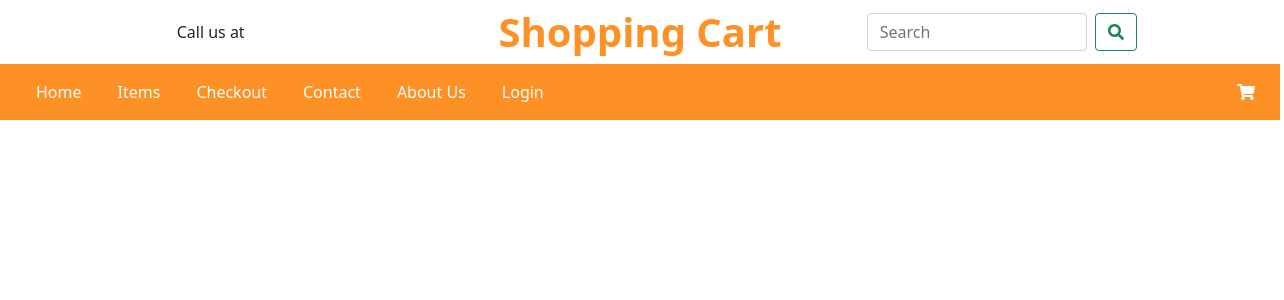
Repository: SaudCh/React-Ecommerce
Page: /login
An editor plug-in stored every save of this project. The page is shown before and after the next save, followed by the edit.
The browser window is 1280 px wide. The page is 1284 px wide, so the pictures cover 1284 px, including what lies to the right of the window. The pictures show the whole page.
The project was rebuilt for these pictures with package versions that can differ from the ones it lists, and the page was loaded fresh each time. Also part of the build but not shown: src/App.css.

Above is the page before, as saved 2021-12-05 12:43:23.

After the next save:
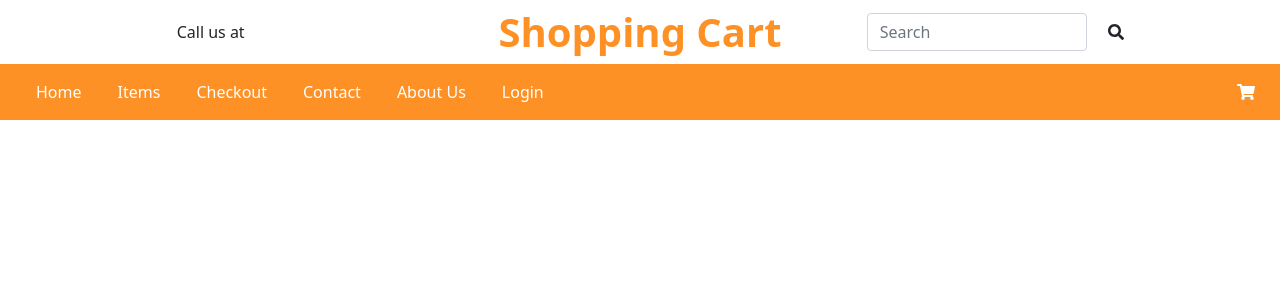
Saved 11 s later.
--- a/src/Header/Header.jsx
+++ b/src/Header/Header.jsx
@@ -25,7 +25,7 @@ export default function Header() {
                 placeholder="Search"
                 aria-label="Search"
               />
-              <button class="btn btn-outline-success" type="submit">
+              <button class="btn" type="submit">
                 <FontAwesomeIcon icon={faSearch} />
               </button>
             </form>
